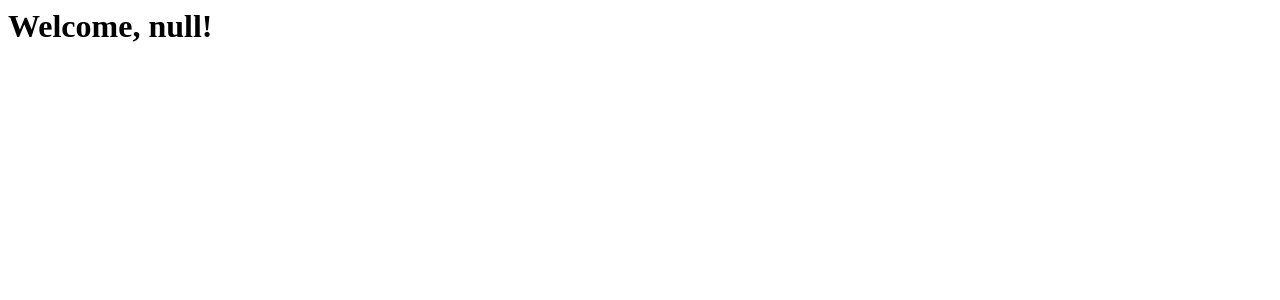
Repository: NathnaelYimer/Simpleregistersystem
Page: http://localhost/jakartaservletproject/welcome.jsp
These files come from the project's save history. The page is drawn as it stood at one moment and after the next save; the edit follows.
The browser window is 1280 px wide. The pictures show the whole page.
The page is served by Tomcat 10.

Above is the page before, as saved 2023-11-30 06:20:04.

After the next save:
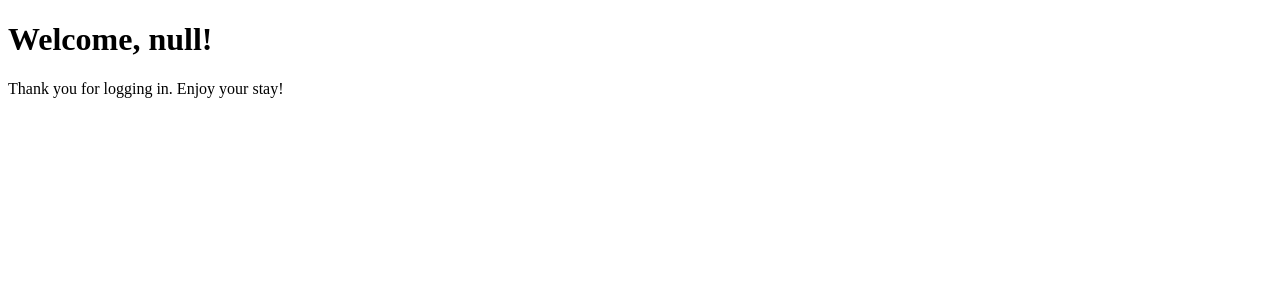
Saved 5 min 11 s later.
--- a/jakartaservletproject/src/main/webapp/welcome.jsp
+++ b/jakartaservletproject/src/main/webapp/welcome.jsp
@@ -1,6 +1,12 @@
-<%@ page language="java" contentType="text/html; charset=UTF-8"
-pageEncoding="UTF-8"%>
+<%@ page language="java" contentType="text/html; charset=UTF-8" pageEncoding="UTF-8"%>
+<!DOCTYPE html>
+<html>
+<head>
+    <meta charset="UTF-8">
+    <title>Welcome</title>
+</head>
 <body>
-    <h1>Welcome, <%= session.getAttribute("userEmail") %>!</h1>
-    <!-- Display welcome message or user-specific content here -->
+    <h1>Welcome, <%= request.getAttribute("username") %>!</h1>
+    <p>Thank you for logging in. Enjoy your stay!</p>
 </body>
+</html>
